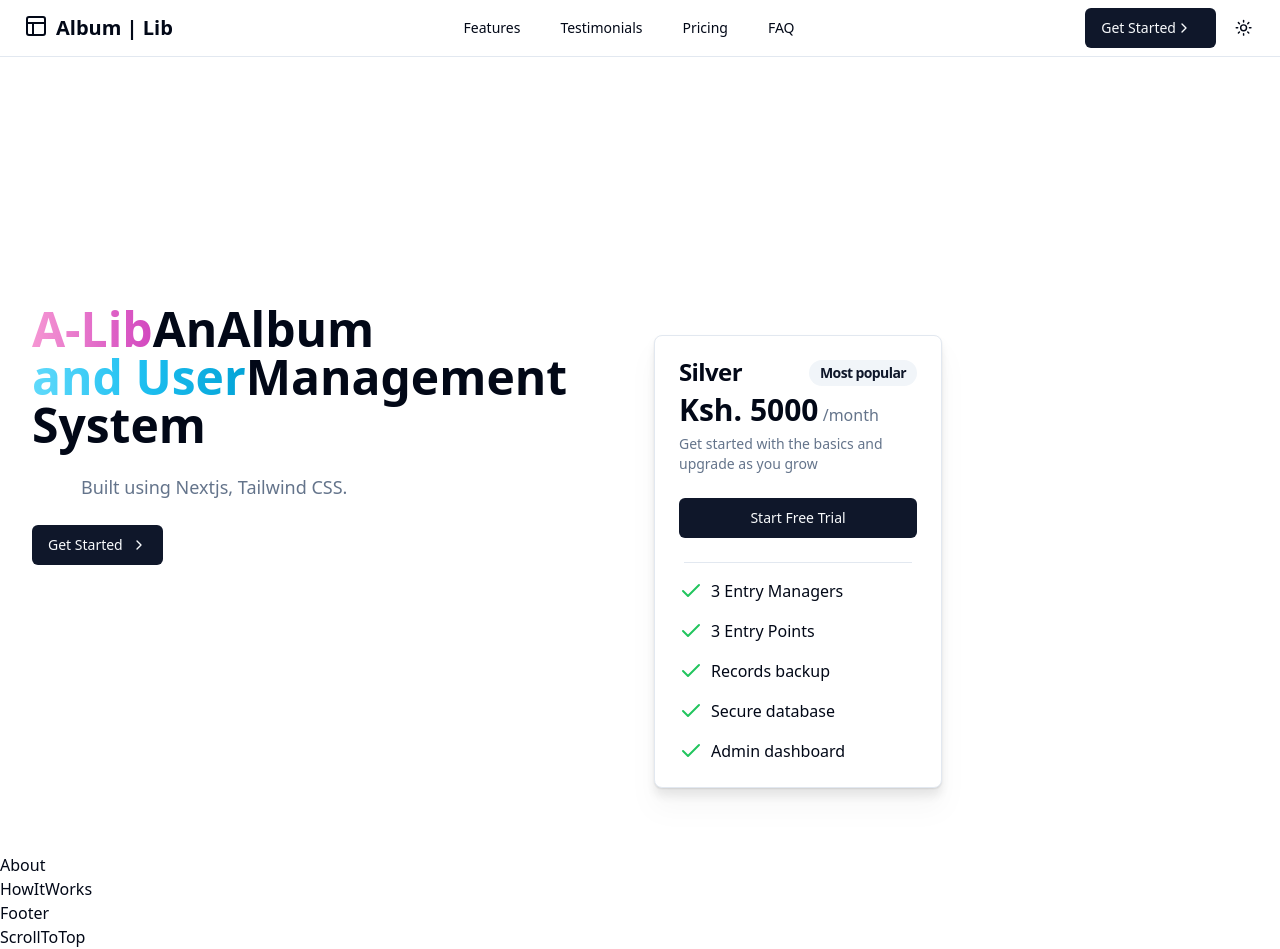
Repository: DevLaukey/savannah-informatics-test
Page: /
An editor plug-in stored every save of this project. The page is shown before and after the next save, followed by the edit.
The browser window is 1280 px wide. The pictures show the whole page.
An inner scrolling area shows only its first screen. The project was rebuilt for these pictures with package versions that can differ from the ones it lists, and the page was loaded fresh each time. The framework's server and built-in components were replaced by stand-ins that run in the browser. Also part of the build but not shown: next.config.mjs, components/ui/avatar.jsx, components/landing-page/LightBulbIcon.jsx.

Above is the page before, as saved 2024-06-04 22:02:16.

After the next save:
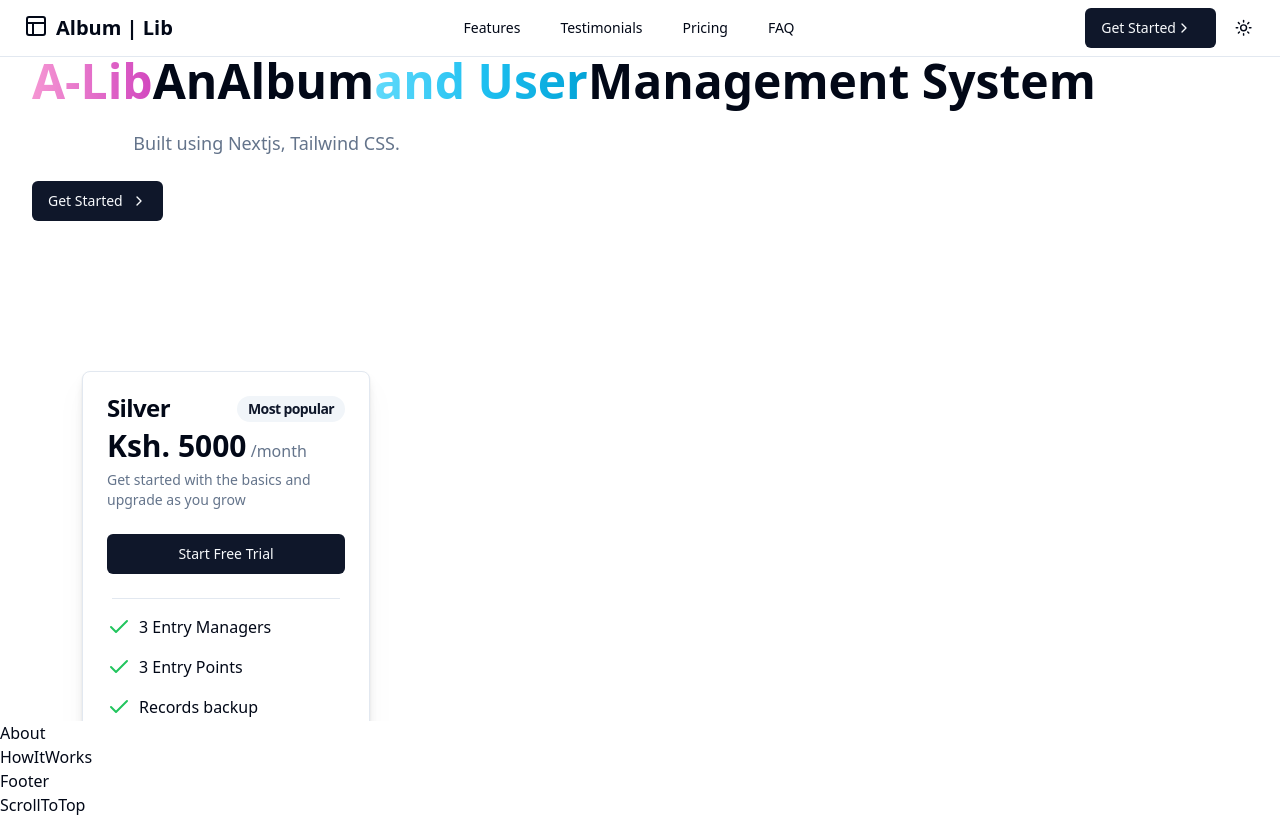
Saved 10 s later.
--- a/components/landing-page/Hero.jsx
+++ b/components/landing-page/Hero.jsx
@@ -4,7 +4,7 @@
 
 const Hero = () => {
   return (
-    <section className="w-full container grid grid-cols-1 md:grid-cols-2 place-items-center py-20 md:py-32 gap-10 overflow-x-hidden">
+    <section className="w-full container  gap-10 overflow-x-hidden">
       <div className="text-center md:text-left space-y-6">
         <main className="text-3xl md:text-5xl font-bold">
           <h1 className="inline-block">

After the save that followed:
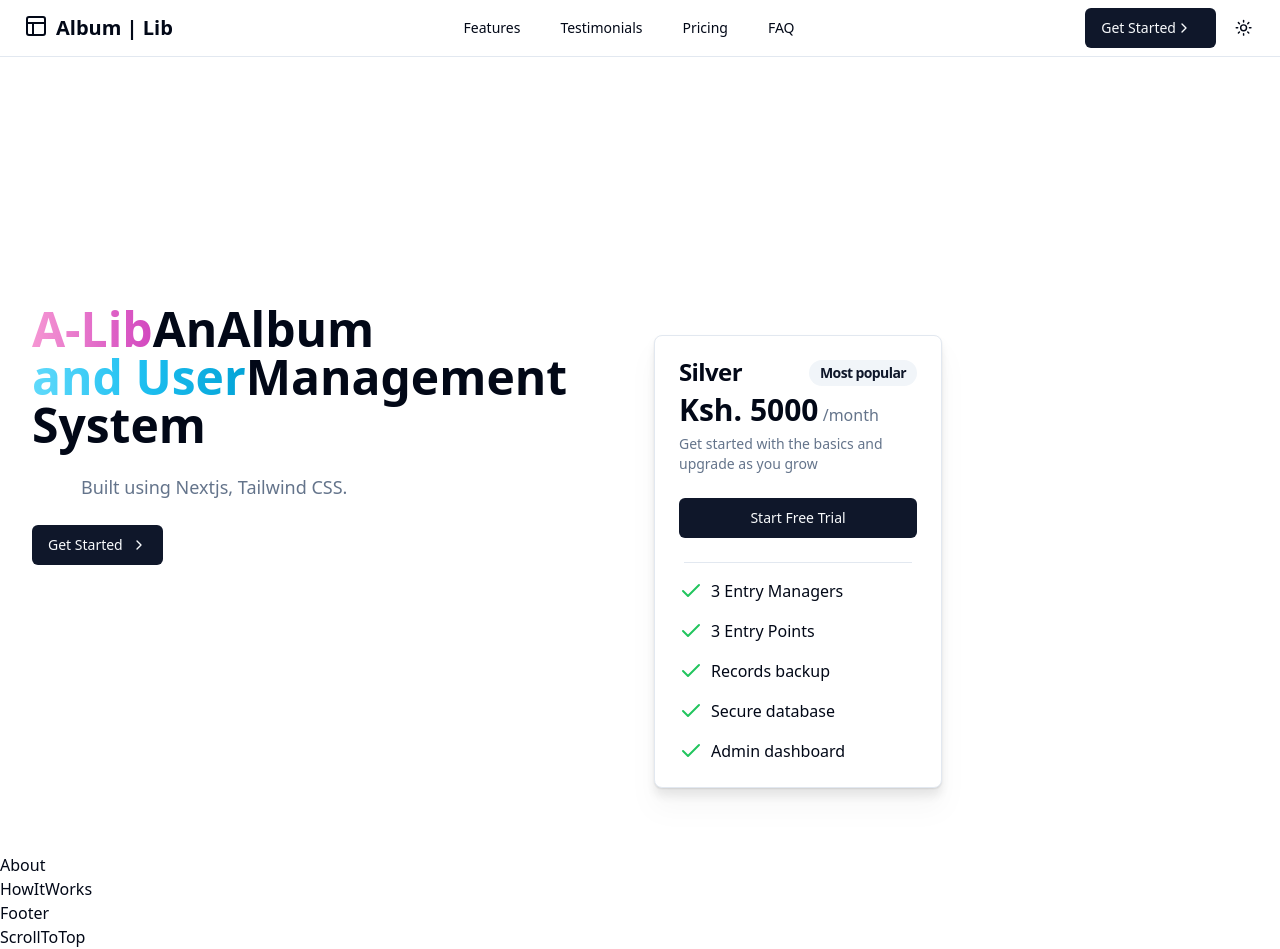
Saved 4 s later.
--- a/components/landing-page/Hero.jsx
+++ b/components/landing-page/Hero.jsx
@@ -4,7 +4,7 @@
 
 const Hero = () => {
   return (
-    <section className="w-full container  gap-10 overflow-x-hidden">
+    <section className="w-full container grid grid-cols-1 md:grid-cols-2 place-items-center py-20 md:py-32 gap-10 overflow-x-hidden">
       <div className="text-center md:text-left space-y-6">
         <main className="text-3xl md:text-5xl font-bold">
           <h1 className="inline-block">
